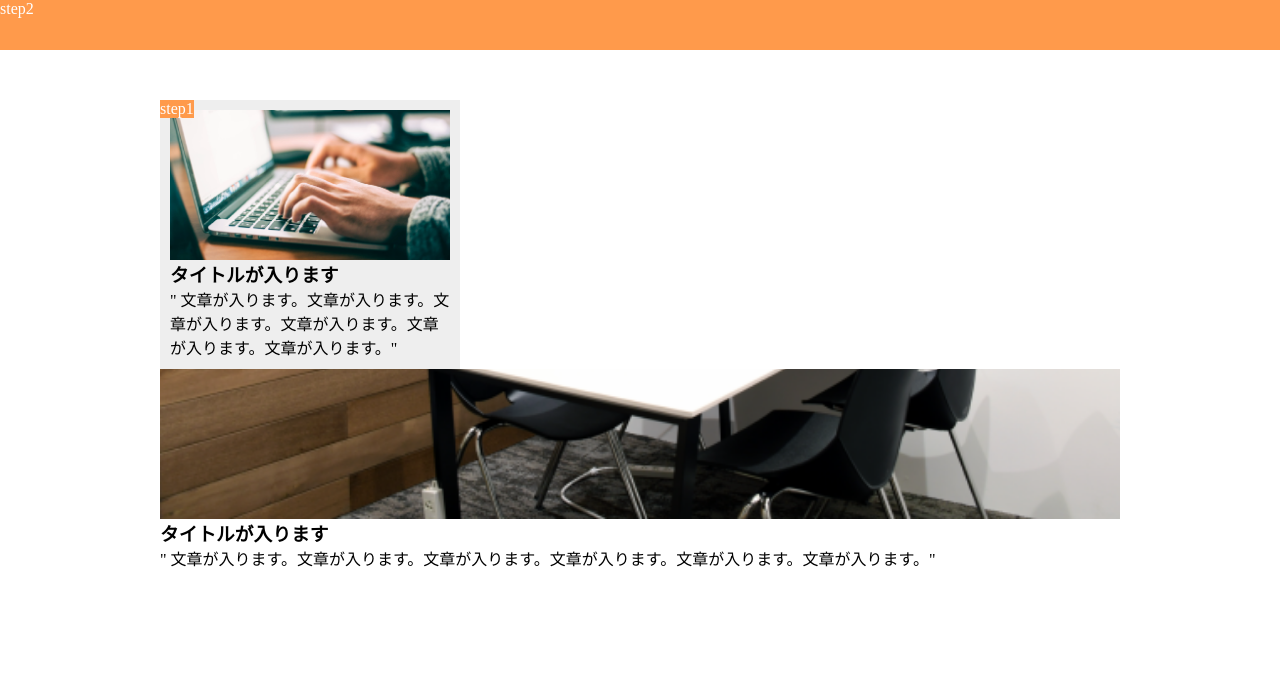
Repository: ayakodesu/html-practice
Page: chapter9/chapter9.html
The author's editor kept a record of every edit. The page is drawn from the files as they stood at one moment, then again after the next edit.
The browser window is 1280 px wide. The pictures show the whole page.

Above is the page before.

### chapter9/chapter9.html
<!DOCTYPE html>
<html iang="ja">
  <head>
    <meta charset="UTF-8">
<link rel="stylesheet" href="chapter9.css">

</head>

<body>
  <header></header>

  <main>
    <div class="step-box">
      <div class="step-img1"></div>
      <span class="step-num">step1</span>
      <h3 class="title">タイトルが入ります</h3>
      <p class="text">
        " 文章が入ります。文章が入ります。文章が入ります。文章が入ります。文章が入ります。文章が入ります。"

      </p>
    </div>

    <div class="steo-box">
      <div class="step-img2"></div>
      <span class="step-num">step2</span>
      <h3 class="title">タイトルが入ります</h3>
      <p class="text">
        " 文章が入ります。文章が入ります。文章が入ります。文章が入ります。文章が入ります。文章が入ります。"

      </p>
    </div>
  </main>

### chapter9/chapter9.css
* {
  margin: 0;
  padding: 0;
  box-sizing: border-box;
}

header {
  height: 50px;
  background-color: #ff9a4b;
}


main {
  width: 960px;
  margin: 50px auto;
}

.step-box {
  width: 300px;
  margin-right: 30px;
  padding: 10px;
  position: relative;
  background-color:  #eee;
}

.step-box {
  width: 300px;
  margin-right: 30px;
  padding: 10px;
  position: relative;
  background-color: #eee;
}

.step-box:last-child {
  margin-right: 0;
}

.step-img1 {
  height: 150px;
  background-image: url(img/flow01.png);
  background-position: bottom;
  background-size: cover;
}

.step-img2 {
  height: 150px;
  background-image: url(img/flow02.png);
  background-position: bottom;
  background-size: cover;
}

.step-num {
  position: absolute;
  top: 0;
  left: 0;
  background-color: #ff9a4b;
  color: #fff;
}

.step-img3 {
  height: 150px;
  background-image: url(img/flow03.png);
  background-position: bottom;
  background-size: cover;
}

After the next edit:
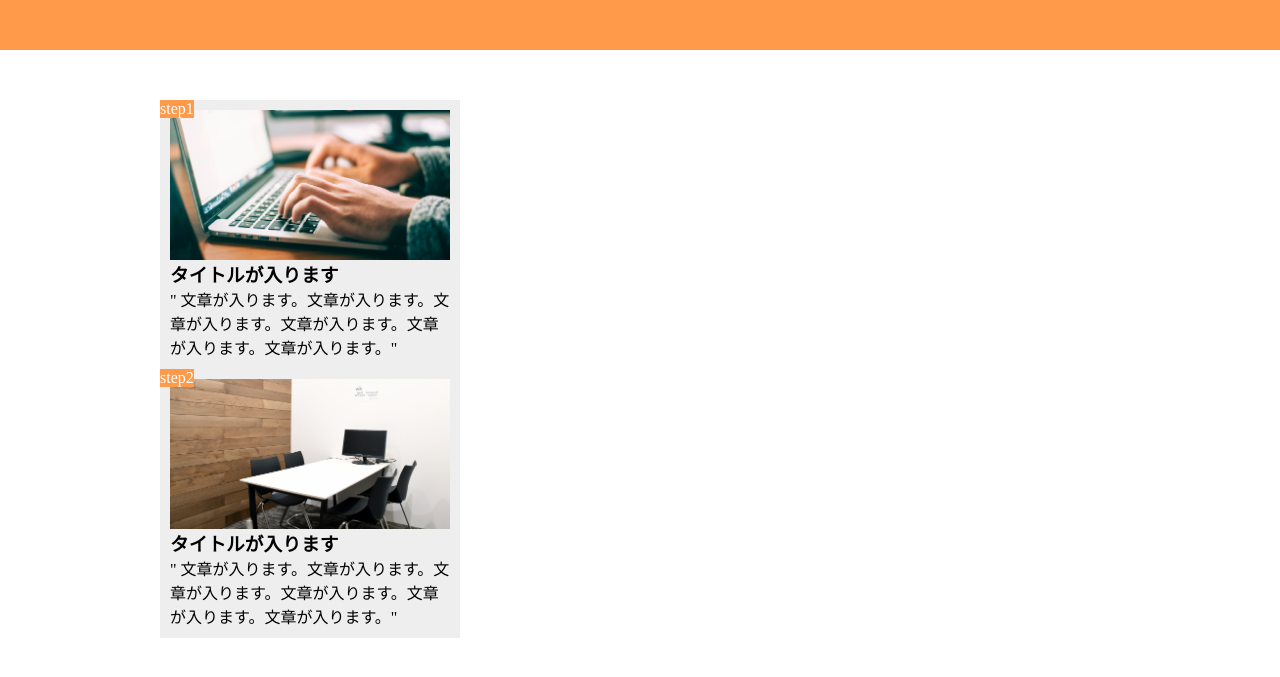
The edit:
--- a/chapter9/chapter9.html
+++ b/chapter9/chapter9.html
@@ -20,7 +20,7 @@
       </p>
     </div>
 
-    <div class="steo-box">
+    <div class="step-box">
       <div class="step-img2"></div>
       <span class="step-num">step2</span>
       <h3 class="title">タイトルが入ります</h3>
